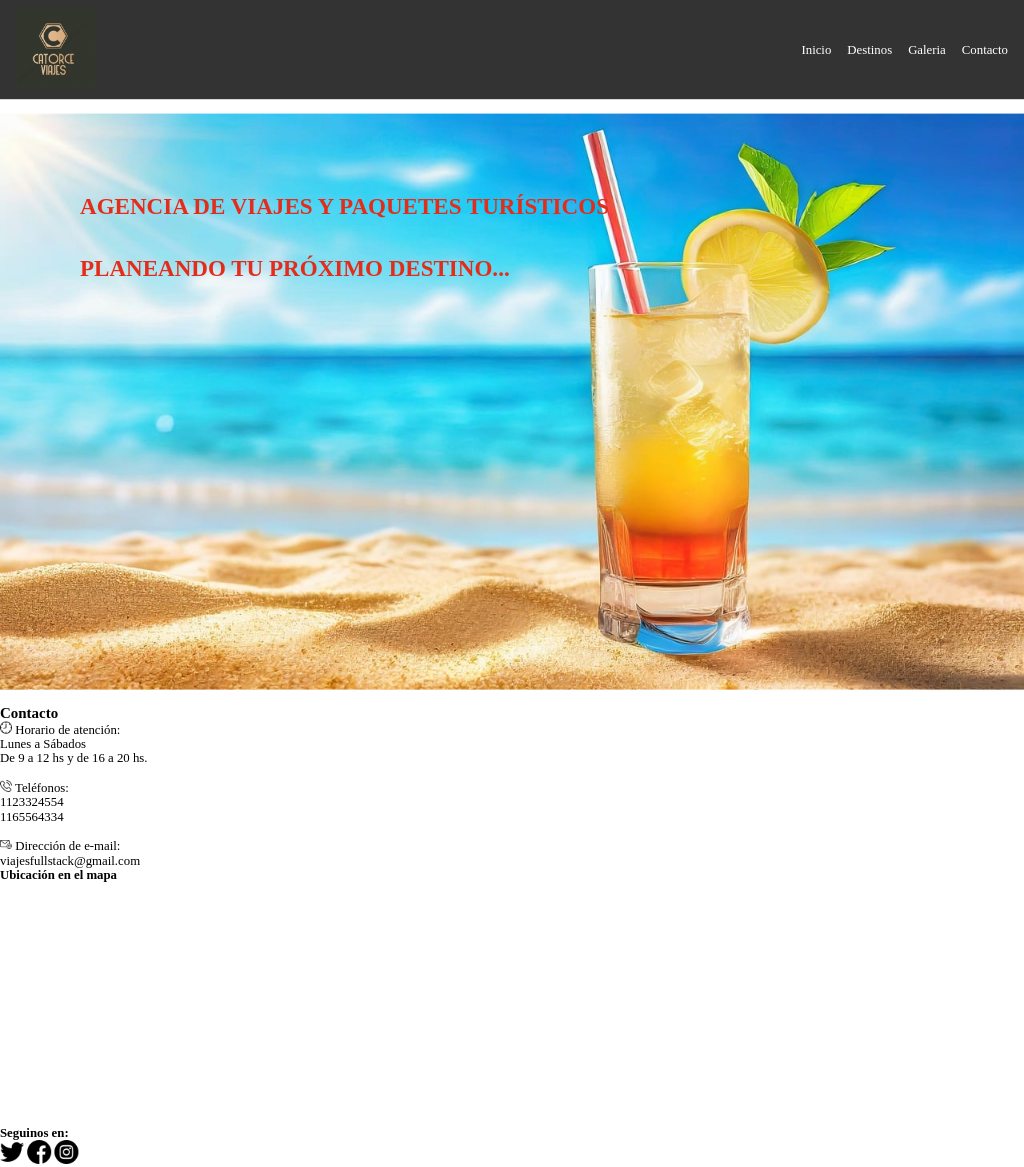
Repository: LorenzaLeonZ/TPO_GRUPO14FS
Page: index.html
An editor plug-in stored every save of this project. The page is shown before and after the next save, followed by the edit.
The browser window is 1280 px wide. The pictures show the whole page, at 80% of full size.
Pictures or frames that could not be fetched are drawn as grey boxes.

Above is the page before, as saved 2024-05-03 23:52:15.

After the next save:
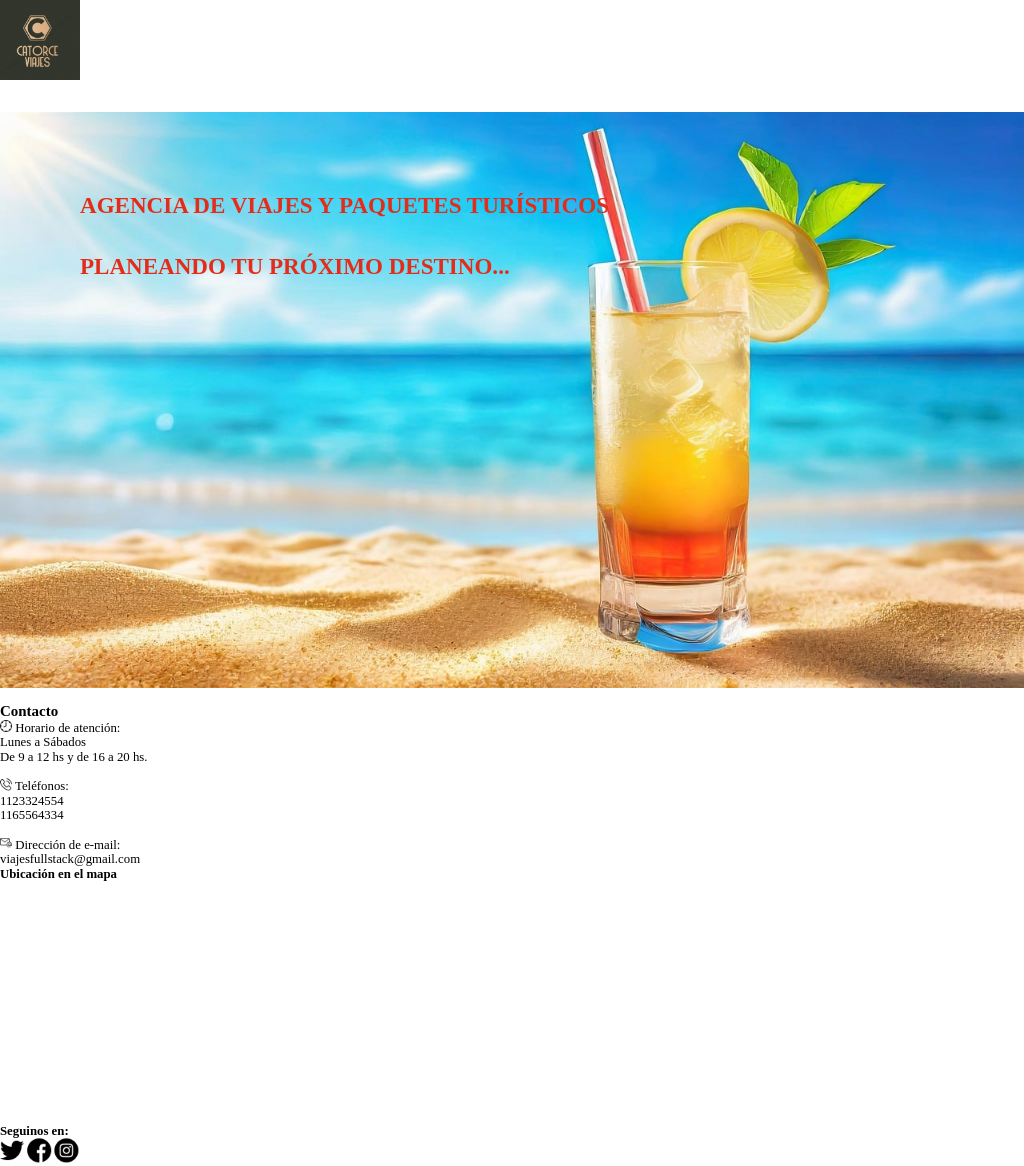
Saved 33 s later.
--- a/static/css/index.css
+++ b/static/css/index.css
@@ -9,7 +9,7 @@
     falta resolver
 }*/
 
-.header {
+HEADER .header {
   display: flex;
   justify-content: space-between;
   align-items: center;

After the save that followed:
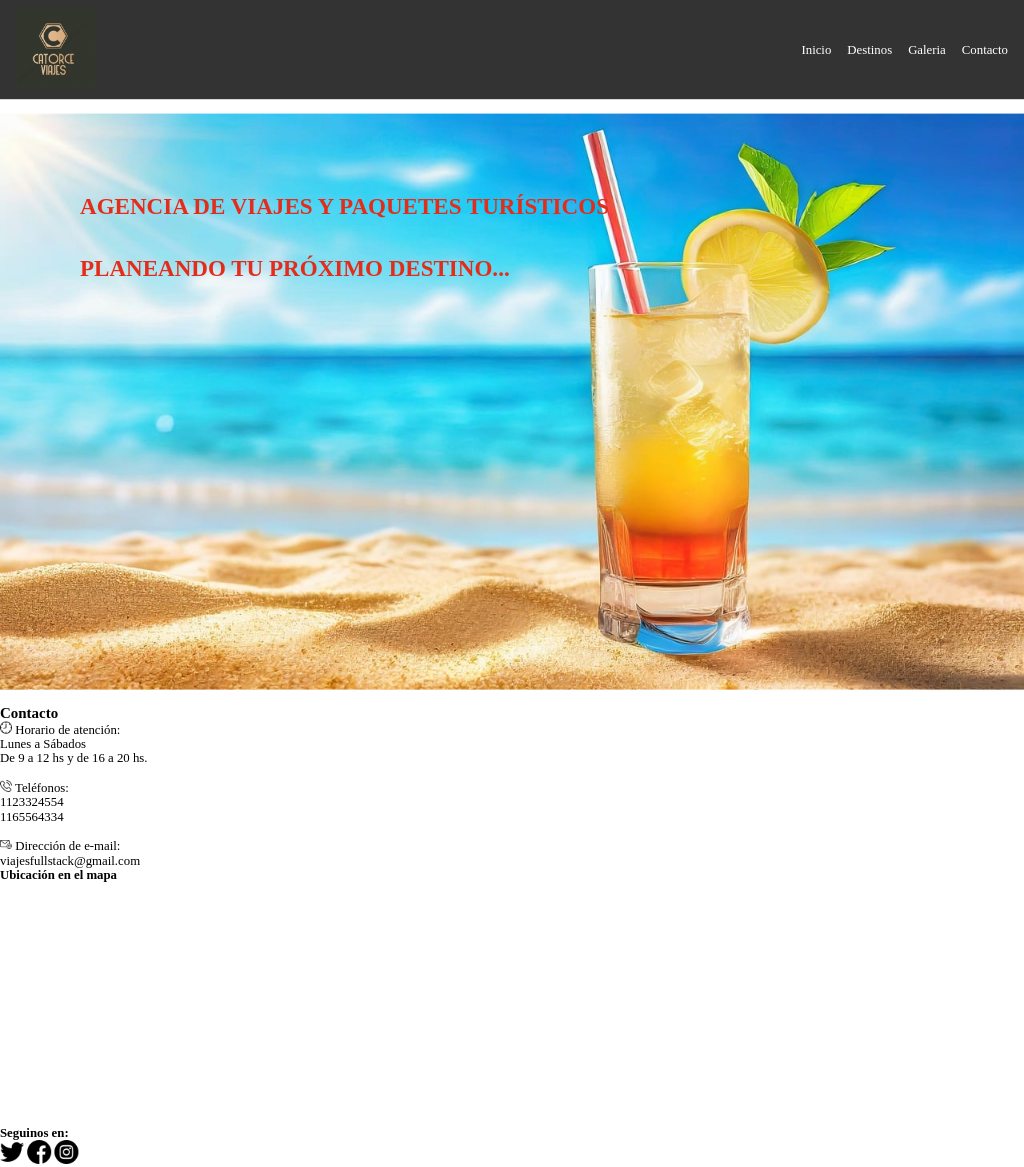
Saved 50 s later.
--- a/static/css/index.css
+++ b/static/css/index.css
@@ -9,7 +9,9 @@
     falta resolver
 }*/
 
-HEADER .header {
+/*HEADER
+============================= */
+.header {
   display: flex;
   justify-content: space-between;
   align-items: center;
